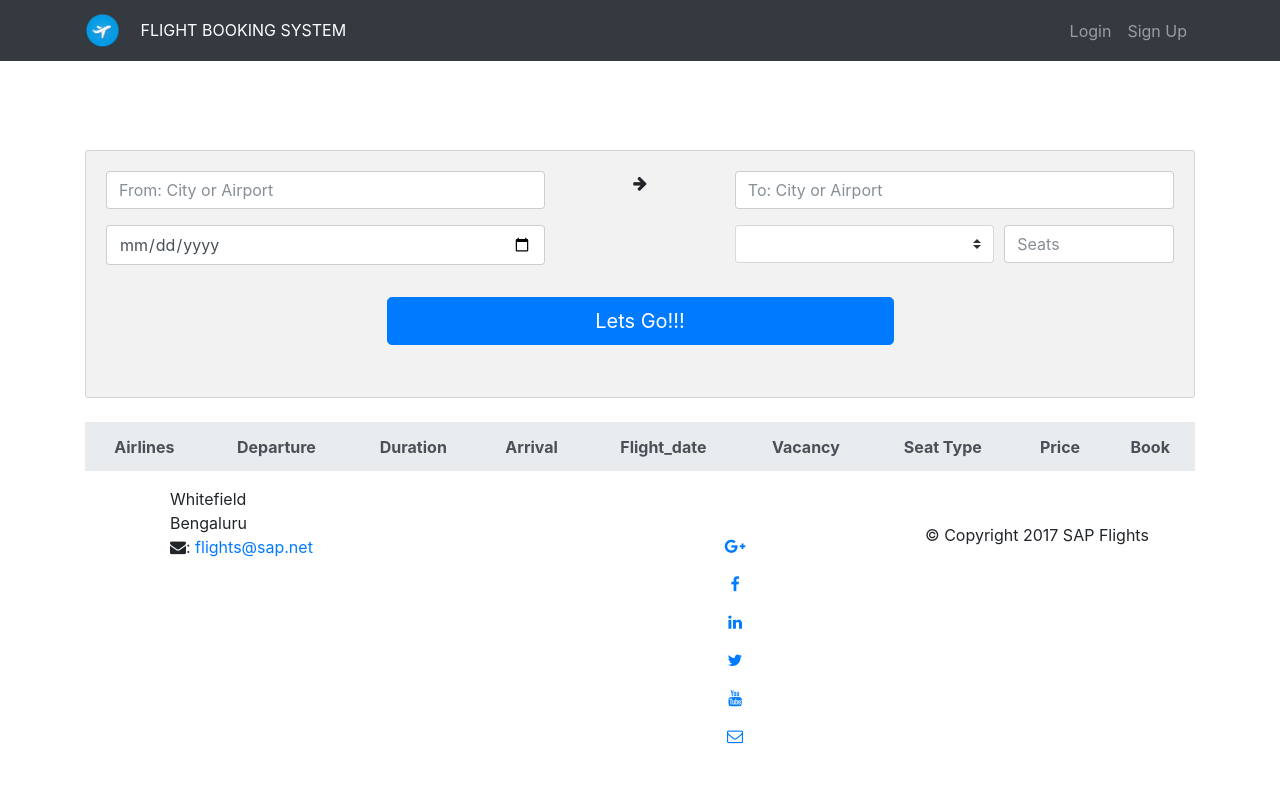
Repository: yashtatia/Spring-Practice
Page: http://localhost/FitnessTracker/WEB-INF/jsp/flightpage.jsp
The author's editor kept a copy of each file at every save. The page is drawn from the files as they stood at one save, then again after the next save.
The browser window is 1280 px wide. The pictures show the whole page.
Some web libraries are served in a nearby version. The page is served by Tomcat 9. Nobody is signed in. Other server files are loaded and not shown. The template is opened directly, without the code that normally fills it, so the values that code supplies are empty.

Above is the page before, as saved 2017-09-05 20:22:08.

### FitnessTracker/src/main/webapp/WEB-INF/jsp/flightpage.jsp
<%@ taglib prefix="c" uri="http://java.sun.com/jsp/jstl/core"%>
<%@ taglib prefix="form" uri="http://www.springframework.org/tags/form" %>
<%@ taglib prefix="spring" uri="http://www.springframework.org/tags" %>

	<jsp:include page="header.jsp" />

	<style type="text/css">
		.table td, .table th {
			text-align: center;
			align-items: center;
			align-content: center;
		}
		table:hover {
			border-color:  #808080;
			border-top-width: 1 px;
		}
	</style>


	<div class="container" style="margin-top:150px;">
		<div class="card" style="background-color: #f2f2f2;" >
			<div class="card-body">
				<form:form modelAttribute="flightSearch" method="POST" >
					<div class="form-row">
						<div class="form-group col-md-5">
								<form:input path="source_airport" class="input-large form-control" type="text" placeholder="From: City or Airport" name="source_id" id="source_id" value="${flightSearch.source_airport}" />
						</div>
						<div class="form-group col-md-2">
							<div id="city_reverse" align="center" style="cursor:pointer;">
								<i class="fa fa-arrow-right" aria-hidden="true"></i>
							</div>
						</div>
						<div class="form-group col-md-5">
								<form:input path="destination_airport" class="input-large form-control" type="text" placeholder="To: City or Airport" name="destination_id" id="destination_id" value="${flightSearch.destination_airport}" />
						</div>
					</div>
					<div class="form-row">
						<div class="form-group col-md-5">
							<form:input path="flight_date" class="input-large form-control" type="date" name="flight_date" data-date-inline-picker="true" value="${flightSearch.flight_date}"/>
						</div>
						<div class="col-md-2">

						</div>
						<div class="col-md-3 form-group">
								<form:select id="seat_classes" path="seat_class" class="custom-select mb-2 mr-sm-2 mb-sm-0 form-control" name="seat_type" value="${flightSearch.seat_class}">
									<form:options items="${seats}" itemLabel="description" itemValue="seat_type"/>
								</form:select>
						</div>
						<div class="col-md-2 form-group">
							<form:input path="seats" class="input-large form-control" type="number" name="seats" data-date-inline-picker="true" placeholder="Seats" value="${flightSearch.seats}" min="1"/>
						</div>
					</div>

					<div class="form-row">
						<div class="form-group col-md-6 mx-auto p-3">
							<button type="submit" class="btn btn-lg btn-block btn-primary" name="flightSearchFormSubmit" value="SEARCH">Lets Go!!!</button>
						</div>
					</div>
				</form:form>
			</div>
		</div>
	</div>
	<div class="container">
		<br/>
		<div class="row row-content">
			<div class="col-lg-12 " >
				<table class="table table-striped table-hover">
					<tr class="thead-default">
						<th>Airlines</th>
						<th>Departure</th>
						<th>Duration</th>
						<th>Arrival</th>
						<th>Flight_date</th>
						<th>Vacancy</th>
						<th>Seat Type</th>
						<th>Price</th>
						<th>Book</th>
					</tr>
					<c:forEach items="${flightsReport}" var="flightReport">
						<tr>
							<td>${flightReport.carrier.carrier_name}</td>
							<td>
								<table style="border: none; padding: none;" >
									<tr>
										<td>${flightReport.departure.airport_id} ${flightReport.departure_time}</td>
									</tr>
									<tr>
										<td>${flightReport.departure.airport_name}, India</td>
									</tr>
								</table>
							</td>
							<td>${flightReport.duration}</td>
							<td>
								<table style="border: none; padding-left: 2px:;">
									<tr>
										<td>${flightReport.arrival.airport_id} ${flightReport.arrival_time}</td>
									</tr>
									<tr>
										<td>${flightReport.arrival.airport_name}, India</td>
									</tr>
								</table>
							</td>
							<td>${flightReport.flight_date}</td>
							<td>${flightReport.vacancy}</td>
							<td>${flightReport.seat_type.description}</td>
							<td>${flightReport.price}</td>

							<form:form modelAttribute="flightSelected" action="flightWeWishToFly.html" method="POST">
								<form:hidden path="flight_id" value="${flightReport.flight_id}" />
								<form:hidden path="route_id" value="${flightReport.route_id}" />
								<form:hidden path="departure_id" value="${flightReport.departure.airport_id}" />
								<form:hidden path="departure" value="${flightReport.departure.airport_name}" />
								<form:hidden path="arrival_id" value="${flightReport.arrival.airport_id}" />
								<form:hidden path="arrival" value="${flightReport.arrival.airport_name}" />
								<form:hidden path="user_air_miles" value="${userForm.air_miles}" />
								<form:hidden path="airline" value="${flightReport.carrier.carrier_name}" />
								<form:hidden path="flight_date" value="${flightReport.flight_date}" />
								<form:hidden path="departure_time" value="${flightReport.departure_time}" />
								<form:hidden path="arrival_time" value="${flightReport.arrival_time}" />
								<form:hidden path="duration" value="${flightReport.duration}" />
								<form:hidden path="price" value="${flightReport.price}" />
								<form:hidden path="seat_class" value="${flightReport.seat_type.description}" />
								<form:hidden path="seat_class_abbrev" value="${flightReport.seat_type.seat_type}" />
								<form:hidden path="seats" value="${flightSearch.seats}" />
								<td><button type="submit" class="btn btn-large btn-warning">Book Now</button></td>
							</form:form>

						</tr>
					</c:forEach>
				</table>

			</div>
		</div>
	</div>
	<jsp:include page="footer.jsp" />

	<script type="text/javascript">
		$(document).ready(function(){
			$("#city_reverse").on("click" , function(){
				var source = $("#source_id").val();
				var destination = $("#destination_id").val();
				$("#source_id").val(destination);
				$("#destination_id").val(source);
			});

			$("#city_reverse").mouseenter(function(){
				$("#city_reverse > span").removeClass("fa fa-arrow-right");
				$("#city_reverse > span").addClass("fa fa-arrow-left");
			});
			$("#city_reverse").mouseleave(function(){
				$("#city_reverse > span").removeClass("fa fa-arrow-left");
				$("#city_reverse > span").addClass("fa fa-arrow-right");
			});
		});
	</script>
<!-- 	<script type="text/javascript">
		$(document).ready(
			function() {
				$.getJSON('<spring:url value="seat_classes.json"/>', {
					ajax : 'true'
				}, function(data){
					var html = '<option value="">--Please select one--</option>';
					var len = data.length;
					for (var i = 0; i < len; i++) {
						html += '<option value="' + data[i].seat_type + '">'
								+ data[i].description + '</option>';
					}
					html += '</option>';

					$('#seat_classes').html(html);
				});

			});

	</script> -->
	<script type="text/javascript">
		$( function() {
			console.log( "document Ready!" );

			// $('#source_id').autocomplete("flightSearchHelpAjax.jsp");
			// $(this.target).find('source_id').autocomplete({
			$("#source_id").autocomplete({
				source: function (request, response) {
		            $.getJSON('<spring:url value="flightAjax.json"/>', request, function(result) {
		                response($.map(result, function(item) {
		                    return {
		                        // following property gets displayed in drop down
		                        value: item.airport_id + " - " + item.airport_name ,
		                        // following property gets entered in the textbox
		                        data: item.airport_id,
		                        // following property is added for our own use
		                    };
		                }));
		            });
		        },
		        minLength:2,
		        delay:100
			});
			$('#destination_id').autocomplete({
				source: function (request, response) {
		            $.getJSON('<spring:url value="flightAjax.json"/>', request, function(result) {
		                response($.map(result, function(item) {
		                    return {
		                        // following property gets displayed in drop down
		                        //label: item.airport_id,
		                        value: item.airport_id + " - " + item.airport_name ,
		                        // following property gets entered in the textbox
		                        data: item.airport_id,

		                    };
		                }));
		            });
		        },
		        minLength:2,
		        delay:100
			});
		});
	</script>

### FitnessTracker/src/main/webapp/WEB-INF/jsp/header.jsp
<%@ taglib prefix="c" uri="http://java.sun.com/jsp/jstl/core"%>
<%@ taglib prefix="form" uri="http://www.springframework.org/tags/form" %>
<%@ taglib prefix="spring" uri="http://www.springframework.org/tags" %>
<!DOCTYPE html>
<html>
<head>
	<meta charset="utf-8">
    <meta http-equiv="X-UA-Compatible" content="IE=edge">
    <meta name="viewport" content="width=device-width, initial-scale=1, shrink-to-fit=no">
	<title>Search Flights</title>
	<link rel="stylesheet" href="https://maxcdn.bootstrapcdn.com/bootstrap/4.0.0-beta/css/bootstrap.min.css" integrity="sha384-/Y6pD6FV/Vv2HJnA6t+vslU6fwYXjCFtcEpHbNJ0lyAFsXTsjBbfaDjzALeQsN6M" crossorigin="anonymous">
	<link href="https://maxcdn.bootstrapcdn.com/font-awesome/4.7.0/css/font-awesome.min.css" rel="stylesheet">
	<link rel="stylesheet" type="text/css" href="assets/css/jquery-ui.css">
</head>
<body>

	 <nav class="navbar navbar-expand-md navbar-dark bg-dark fixed-top">
            <div class="container">
                <div class="navbar-header">
	                <span><a class="navbar-brand" href="index.jsp"><img src="assets/img/sap.png" height=35 width=35></a></span>
	                <span style="color: white;">FLIGHT BOOKING SYSTEM</span>
                </div>

                <c:choose>
    				<c:when test="${not logInForm.loggedIn || logInForm == null}">
                       <ul class="navbar-nav bd-navbar-nav" style="cursor: pointer;">
	                        <li class="nav-item"><a class="nav-link" data-toggle="modal" data-target="#loginModal" id="login"><span class="glyphicon glyphicon-log-in"></span> Login</a></li>
	                        <li class="nav-item"><a class="nav-link" href="signUp.html"><span class="glyphicon glyphicon-log-in"></span> Sign Up</a></li>
	                    </ul>
	    			</c:when>
	    			<c:otherwise>
	                    <ul class="navbar-nav bd-navbar-nav" style="cursor: pointer;">
	                        <li class="nav-item dropdown">
	                            <a href="#" class="nav-link dropdown-toggle" data-toggle="dropdown"
	                             role="button" aria-haspopup="true" aria-expanded="false" style="color: white; ">
	                             <i class="fa fa-user-o" aria-hidden="true"></i>  ${userForm.fname} ${userForm.lname} <span class="caret"></span></a>
	                            <ul class="dropdown-menu">
	                                <li><a class="dropdown-item" href="#">Your Miles : ${userForm.air_miles}</a></li>
	                                <li><a class="dropdown-item" href="myBookings.html">MyBookings</a></li>
	                                <li><a class="dropdown-item" href="logout.html">Logout</a></li>
	                            </ul>
	                        </li>
	                    </ul>
	                </c:otherwise>
                </c:choose>


                </div>
        </nav>

    <c:if test="${logInForm.loggedIn == false || logInForm == null}">

	    <div id="loginModal" class="modal fade " role="dialog" aria-labelledby="loginModal" aria-hidden="true">
	        <div class="modal-dialog" style="max-width: 650px !important;">
	        <!-- Modal content-->
	        <div class="modal-content">
	            <div class="modal-header">
	                <h5 class="modal-title" id="exampleModalLabel">Login</h5>
			     	   <button type="button" class="close" data-dismiss="modal" aria-label="Close">
			        	  <span aria-hidden="true">&times;</span>
			       	 </button>
	            </div>
		        <div class="modal-body">
		            <form:form modelAttribute="logInForm" class="form-inline" id="loginForm" action="logIn.html" method="POST">
		                <div class="form-group">
		                    <label class="sr-only" for="InputEmail">Email address</label>
		                    <form:input path="username" type="email" class="form-control" id="Email" placeholder="Email" name="email" />
		                </div>
		                <div class="form-group mx-sm-3">
		                    <label class="sr-only" for="Password">Password</label>
		                    <form:input path="password" type="password" class="form-control" id="Password" placeholder="Password" name="password" />
		                </div>

	            		<div class="form-group mx-sm-3">
	            			<button type="button" class="btn btn-default btn-danger pull-right" data-dismiss="modal">Cancel</button>
		                	<button type="submit" class="btn btn-default btn-info pull-right">Sign in</button>
	            		</div>


	            	</form:form>
				</div>

	        </div>
	        </div>
	    </div>

    </c:if>

### FitnessTracker/src/main/webapp/WEB-INF/jsp/footer.jsp

	<footer class="row-footer">
        <div class="container">
            <div class="row">

                <div class="col-xs-6 col-sm-5" style="padding-left:100px;">
                    <address>
		              Whitefield<br>
		              Bengaluru<br>
		              <i class="fa fa-envelope"></i>:
                         <a href="mailto:flights@sap.net">
                         flights@sap.net</a>
                    </address>
                </div>
                <div class="col-xs-12 col-sm-4 pull-right">
                    <div class="nav navbar-nav" style="padding: 40px 10px;">
                        <a class="btn btn-social-icon btn-google-plus" href="http://google.com/+"><i class="fa fa-google-plus"></i></a>
                        <a class="btn btn-social-icon btn-facebook" href="http://www.facebook.com/profile.php?id="><i class="fa fa-facebook"></i></a>
                        <a class="btn btn-social-icon btn-linkedin" href="http://www.linkedin.com/in/"><i class="fa fa-linkedin"></i></a>
                        <a class="btn btn-social-icon btn-twitter" href="http://twitter.com/"><i class="fa fa-twitter"></i></a>
                        <a class="btn btn-social-icon btn-youtube" href="http://youtube.com/"><i class="fa fa-youtube"></i></a>
                        <a class="btn btn-social-icon" href="mailto:"><i class="fa fa-envelope-o"></i></a>
                    </div>
                </div>
                <div class="col-xs-12">
                    <p style="padding:10px;"></p>
                    <p align=center> &copy; Copyright 2017 SAP Flights</p>
                </div>
            </div>
        </div>
    </footer>




<script src="https://code.jquery.com/jquery-3.2.1.slim.min.js" integrity="sha384-KJ3o2DKtIkvYIK3UENzmM7KCkRr/rE9/Qpg6aAZGJwFDMVNA/GpGFF93hXpG5KkN" crossorigin="anonymous"></script>
<script type="text/javascript" src="http://code.jquery.com/jquery-3.2.1.min.js"></script>
<script type="text/javascript" src="assets/js/jquery-ui.min.js"></script>
<script src="https://cdnjs.cloudflare.com/ajax/libs/popper.js/1.11.0/umd/popper.min.js" integrity="sha384-b/U6ypiBEHpOf/4+1nzFpr53nxSS+GLCkfwBdFNTxtclqqenISfwAzpKaMNFNmj4" crossorigin="anonymous"></script>
<script src="https://maxcdn.bootstrapcdn.com/bootstrap/4.0.0-beta/js/bootstrap.min.js" integrity="sha384-h0AbiXch4ZDo7tp9hKZ4TsHbi047NrKGLO3SEJAg45jXxnGIfYzk4Si90RDIqNm1" crossorigin="anonymous"></script>

<script>
        $().button('toggle');
        $(document).ready(function(){
            $("#login").click(function(){
                console.log("yo!");
                $("#loginModal").modal();
            });
        });

        $(document).ready(function(){
            $("#table").click(function(){
                $("#tableModal").modal();
            });
        });
</script>
</body>
</html>

Loaded but not shown: FitnessTracker/src/main/webapp/assets/css/jquery-ui.css (library); FitnessTracker/src/main/webapp/assets/js/jquery-ui.min.js (library)

After the next save:
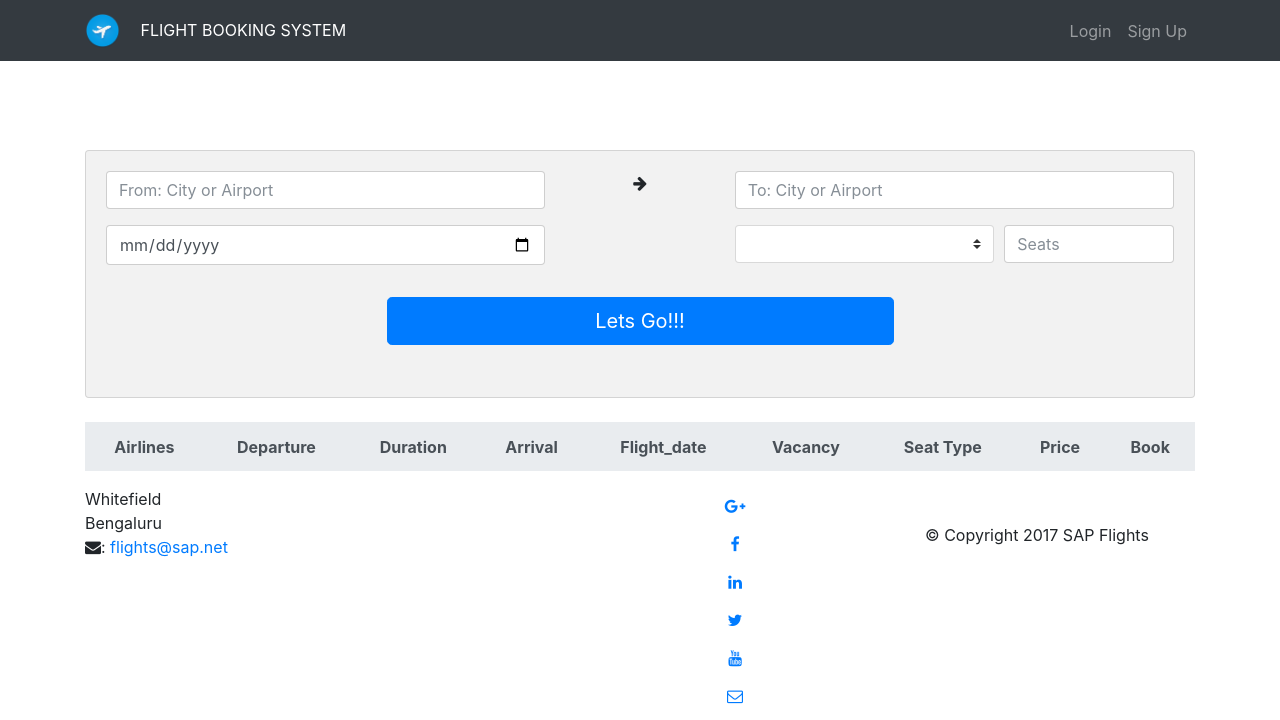
Saved 3 min 9 s later.
--- a/FitnessTracker/src/main/webapp/WEB-INF/jsp/footer.jsp
+++ b/FitnessTracker/src/main/webapp/WEB-INF/jsp/footer.jsp
@@ -3,7 +3,7 @@
         <div class="container">
             <div class="row">
 
-                <div class="col-xs-6 col-sm-5" style="padding-left:100px;">
+                <div class="col-xs-6 col-sm-5"">
                     <address>
 		              Whitefield<br>
 		              Bengaluru<br>
@@ -13,7 +13,7 @@
                     </address>
                 </div>
                 <div class="col-xs-12 col-sm-4 pull-right">
-                    <div class="nav navbar-nav" style="padding: 40px 10px;">
+                    <div class="nav navbar-nav">
                         <a class="btn btn-social-icon btn-google-plus" href="http://google.com/+"><i class="fa fa-google-plus"></i></a>
                         <a class="btn btn-social-icon btn-facebook" href="http://www.facebook.com/profile.php?id="><i class="fa fa-facebook"></i></a>
                         <a class="btn btn-social-icon btn-linkedin" href="http://www.linkedin.com/in/"><i class="fa fa-linkedin"></i></a>
